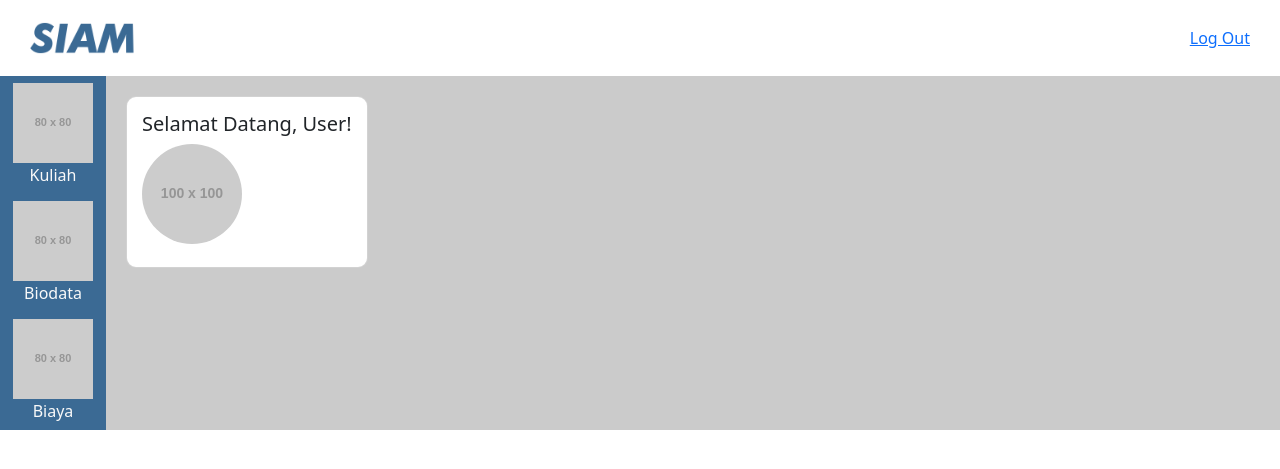
Repository: haikalirf/Project-IMK
Page: kuliah.html
An editor plug-in stored every save of this project. The page is shown before and after the next save, followed by the edit.
The browser window is 1280 px wide. The pictures show the whole page.

Above is the page before, as saved 2022-12-10 13:11:13.

### kuliah.html
<!DOCTYPE html>
<html lang="en">
<head>
	<meta charset="UTF-8">
	<meta http-equiv="X-UA-Compatible" content="IE=edge">
	<meta name="viewport" content="width=device-width, initial-scale=1.0">
	<title>SIAM</title>
	<link rel="icon" href="/assets/logo_ub.ico">
	<link rel="stylesheet" href="https://cdn.jsdelivr.net/npm/bootstrap@5.2.3/dist/css/bootstrap.min.css" integrity="sha384-rbsA2VBKQhggwzxH7pPCaAqO46MgnOM80zW1RWuH61DGLwZJEdK2Kadq2F9CUG65" crossorigin="anonymous">
	<link rel="stylesheet" href="/styles/kuliah.css">
</head>
<body>
	<nav class="navbar" id="navbar">
		<a class="navbar-brand" href="/kuliah.html">
			<img id="navbar-image" src="/assets/SIAM.png" alt="SIAM">
		</a>
		<a class="navbar-link" href="#">Log Out</a>
	</nav>
	<div id="content">
		<div id="sidebar">
			<a class="btn" href="">
				<img id="sidebar-kuliah" src="https://via.placeholder.com/80" alt="Kuliah">
				<br>
				<label for="sidebar-kuliah">Kuliah</label>
			</a>
			<a class="btn" href="">
				<img id="sidebar-biodata" src="https://via.placeholder.com/80" alt="Biodata">
				<br>
				<label for="sidebar-biodata">Biodata</label>
			</a>
			<a class="btn" href="">
				<img id="sidebar-biaya" src="https://via.placeholder.com/80" alt="Biaya">
				<br>
				<label for="sidebar-biaya">Biaya</label>
			</a>
		</div>
		<main>
			<div class="lane">
				<div class="card" id="card-user">
					<h5 class="card-title">Selamat Datang, User!</h5>
					<div>
						<img class="rounded-circle" src="https://via.placeholder.com/100" alt="">
						<h6> </h6>
					</div>
				</div>
			</div>
		</main>
	</div>
	<script src="https://cdn.jsdelivr.net/npm/bootstrap@5.2.3/dist/js/bootstrap.bundle.min.js" integrity="sha384-kenU1KFdBIe4zVF0s0G1M5b4hcpxyD9F7jL+jjXkk+Q2h455rYXK/7HAuoJl+0I4" crossorigin="anonymous"></script>
</body>
</html>

### styles/kuliah.css
*, *::before, *::after {
	box-sizing: border-box;
}

#navbar {
	display: flex;
	justify-content: space-between;
	margin: 0px 30px;
}

#navbar-image {
	height: 50px;
}

#content {
	display: flex;
}

#sidebar {
	background-color: #3b6a94;
	display: flex;
	flex-direction: column;
}

a img, a label {
	color: #f9f9f9;
}

main {
	background-color: #cbcbcb;
	display: flex;
	flex-grow: 1;
}

.card {
	margin: 20px;
	padding: 15px;
	border-radius: 10px;
}

After the next save:
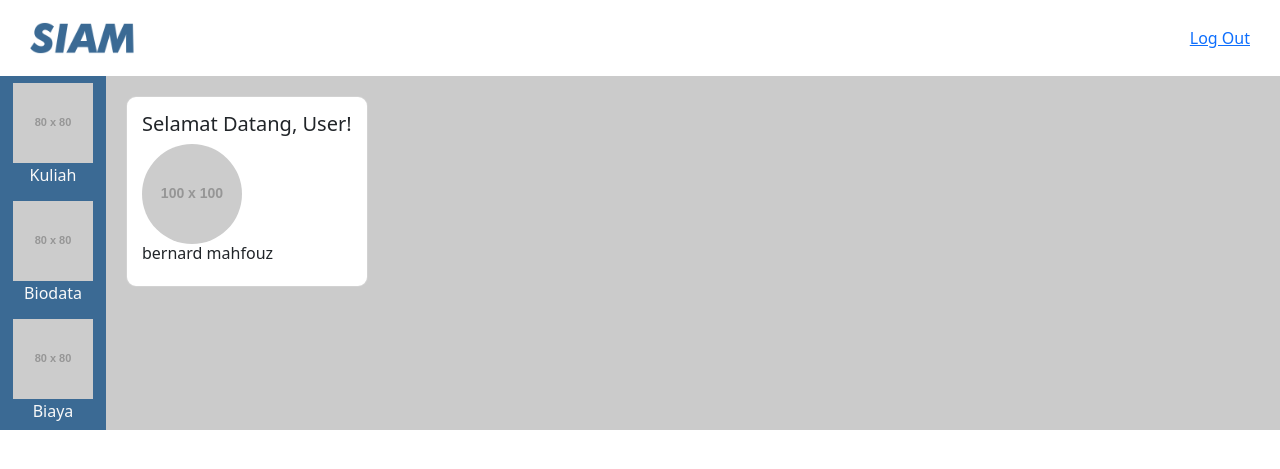
Saved 28 s later.
--- a/kuliah.html
+++ b/kuliah.html
@@ -40,7 +40,7 @@
 					<h5 class="card-title">Selamat Datang, User!</h5>
 					<div>
 						<img class="rounded-circle" src="https://via.placeholder.com/100" alt="">
-						<h6> </h6>
+						<h6>bernard mahfouz</h6>
 					</div>
 				</div>
 			</div>
